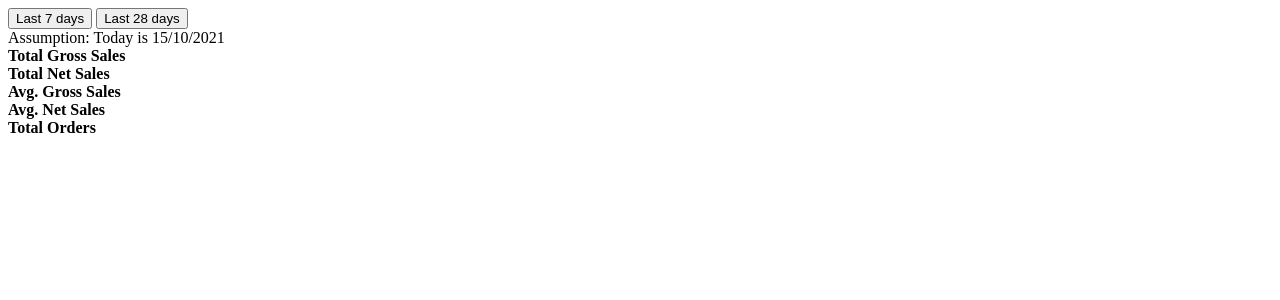
Repository: quockhuongtrann/Ecommerce-Website-With-Spring-Framework
Page: http://localhost/reports/sales_report_by_date
An editor plug-in stored every save of this project. The page is shown before and after the next save, followed by the edit.
The browser window is 1280 px wide. The pictures show the whole page.
The page is this project's Thymeleaf template; nobody is signed in. The template is opened directly, without the code that normally fills it, so the values that code supplies are empty.

Above is the page before, as saved 2023-01-18 11:41:12.

### ShopTqkProject/ShopTqkWebParent/ShopTqkBackend/src/main/resources/templates/reports/sales_report_by_date.html
<!DOCTYPE html>
<html xmlns:th="http://www.thymeleaf.org">
<body>
<div th:fragment="content" th:remove="tag">
	<div>
		<button period="last_7_days" class="btn btn-primary button-sales-by-date m-1">Last 7 days</button>
		<button period="last_28_days" class="btn btn-light button-sales-by-date m-1">Last 28 days</button>
		<div>Assumption: Today is 15/10/2021</div>
	</div>

	<div id="chart_sales_by_date" class="justify-content-center mt-3">

	</div>

	<div class="row justify-content-center">
		<div class="col-2-sm">
			<div class="card">
				<div class="card-header"><b>Total Gross Sales</b></div>
				<div class="card-body">
					<span class="h3" id="textTotalGrossSales"></span>
				</div>
			</div>
		</div>

		<div class="col-2-sm">
			<div class="card">
				<div class="card-header"><b>Total Net Sales</b></div>
				<div class="card-body">
					<span class="h3" id="textTotalNetSales"></span>
				</div>
			</div>
		</div>

		<div class="col-2-sm">
			<div class="card">
				<div class="card-header"><b>Avg. Gross Sales</b></div>
				<div class="card-body">
					<span class="h3" id="textAvgGrossSales"></span>
				</div>
			</div>
		</div>

		<div class="col-2-sm">
			<div class="card">
				<div class="card-header"><b>Avg. Net Sales</b></div>
				<div class="card-body">
					<span class="h3" id="textAvgNetSales"></span>
				</div>
			</div>
		</div>

		<div class="col-2-sm">
			<div class="card">
				<div class="card-header"><b>Total Orders</b></div>
				<div class="card-body">
					<span class="h3" id="textTotalOrders"></span>
				</div>
			</div>
		</div>
	</div>
</div>

</body>
</html>

After the next save:
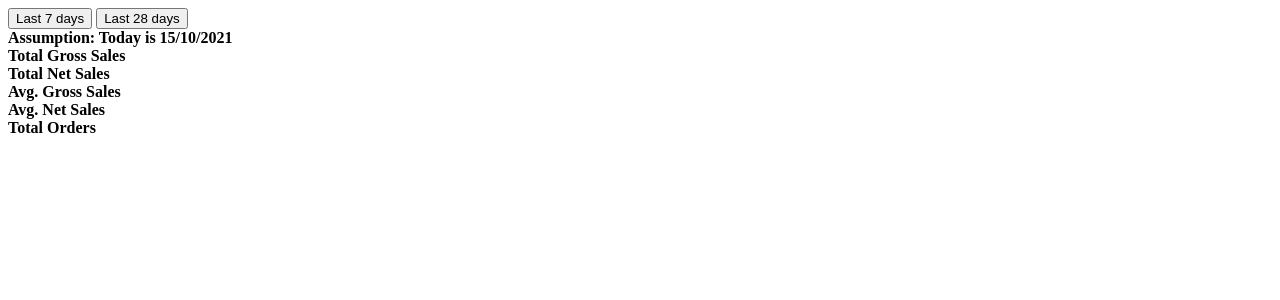
Saved 12 s later.
--- a/ShopTqkProject/ShopTqkWebParent/ShopTqkBackend/src/main/resources/templates/reports/sales_report_by_date.html
+++ b/ShopTqkProject/ShopTqkWebParent/ShopTqkBackend/src/main/resources/templates/reports/sales_report_by_date.html
@@ -5,7 +5,7 @@
 	<div>
 		<button period="last_7_days" class="btn btn-primary button-sales-by-date m-1">Last 7 days</button>
 		<button period="last_28_days" class="btn btn-light button-sales-by-date m-1">Last 28 days</button>
-		<div>Assumption: Today is 15/10/2021</div>
+		<div><b>Assumption: Today is 15/10/2021</b></div>
 	</div>
 
 	<div id="chart_sales_by_date" class="justify-content-center mt-3">
